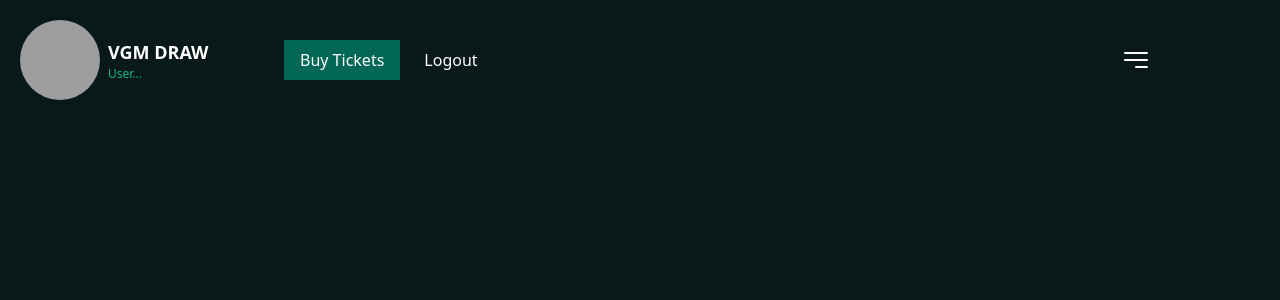
Repository: venu-369/lottery-web3
Page: /
These files come from the project's save history. The page is drawn as it stood at one moment and after the next save; the edit follows.
The browser window is 1280 px wide. The pictures show the whole page.
Pictures or frames that could not be fetched are drawn as grey boxes. The project was rebuilt for these pictures with package versions that can differ from the ones it lists, and the page was loaded fresh each time. The framework's server and built-in components were replaced by stand-ins that run in the browser. Also part of the build but not shown: next.config.js.

Above is the page before, as saved 2023-01-11 14:34:59.

After the next save:
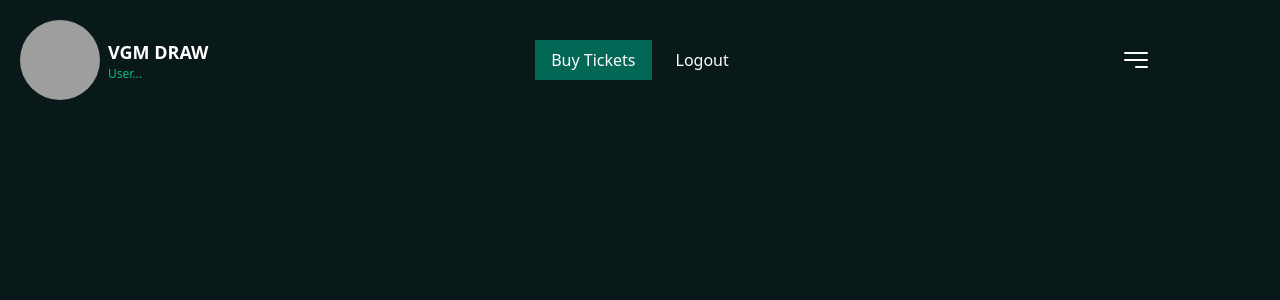
Saved 20 s later.
--- a/components/Header.tsx
+++ b/components/Header.tsx
@@ -18,7 +18,7 @@
         </div>
 
      </div>
-     <div className='hidden md:flex md:col-span-3'>
+     <div className='hidden md:flex md:col-span-3 items-center justify-center rounded-md'>
         <div className='bf-[#0a1f1c] p-4 space-x-2'>
         <NavButton isActive title="Buy Tickets"/>
         <NavButton title="Logout"/>
